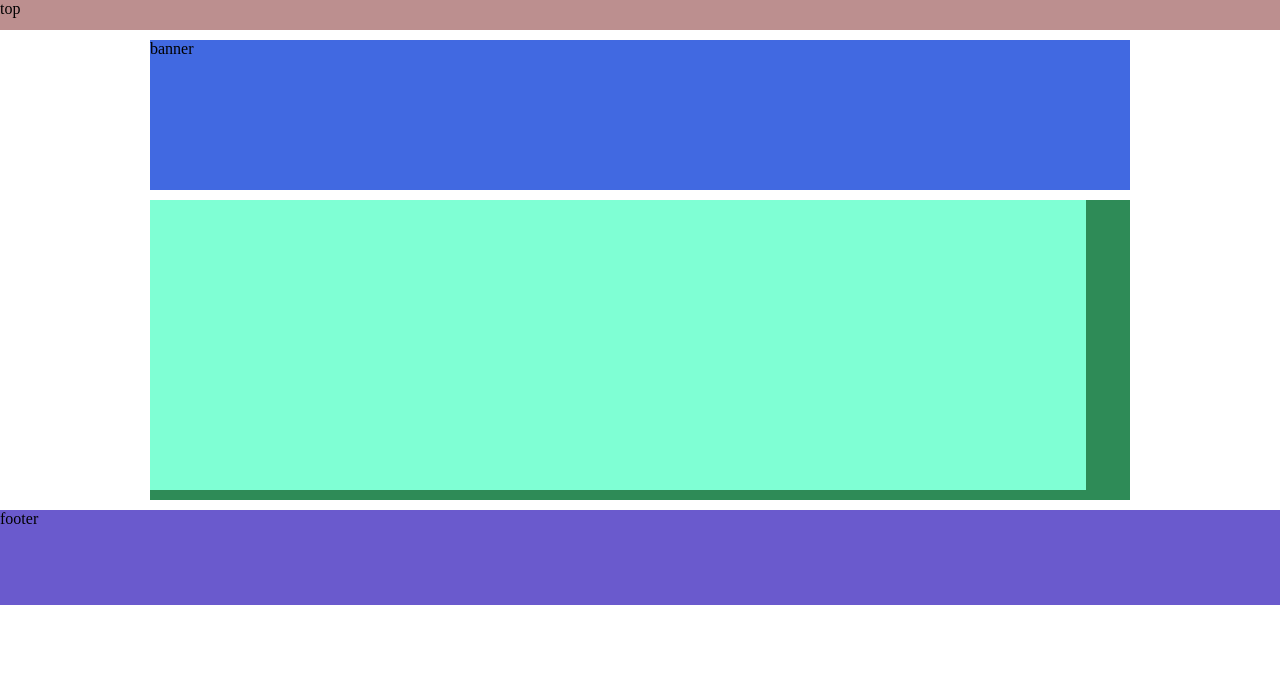
Repository: TheBestBadGuy0228/code
Page: 网页简单布局.案例.html
The author's editor kept a copy of each file at every save. The page is drawn from the files as they stood at one save, then again after the next save.
The browser window is 1280 px wide. The pictures show the whole page.

Above is the page before, as saved 2021-12-09 11:07:40.

After the next save:
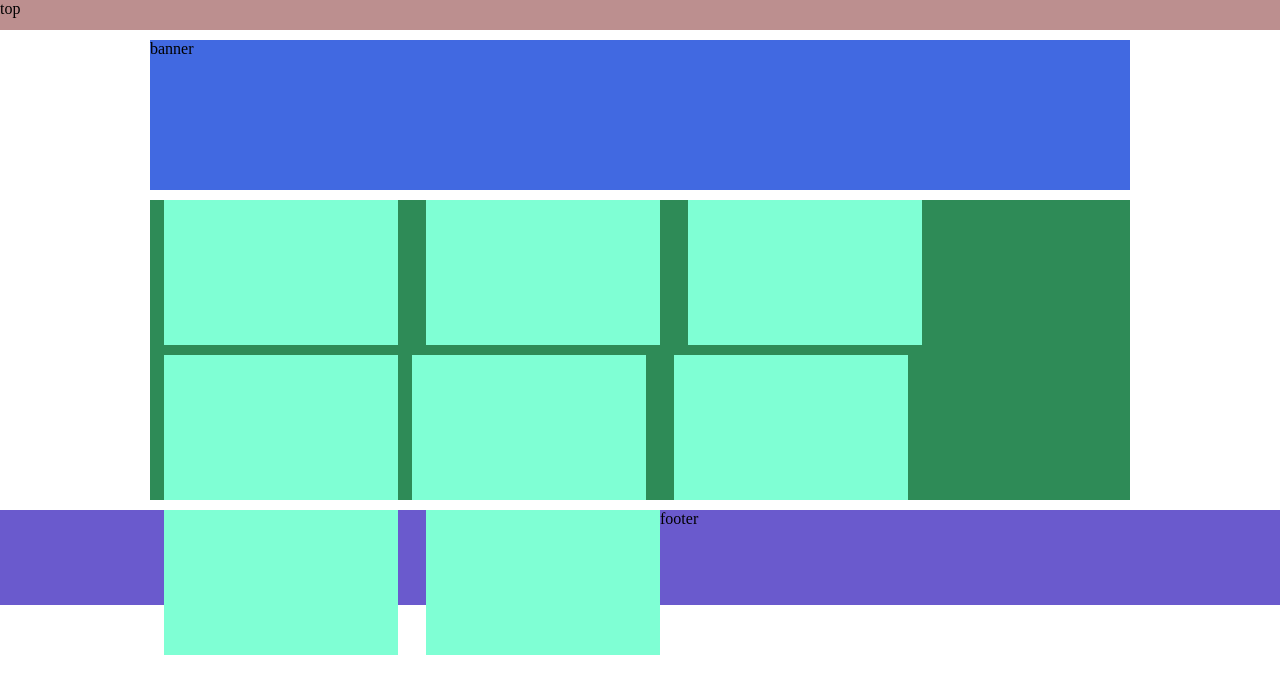
Saved 75 s later.
--- a/网页简单布局.案例.html
+++ b/网页简单布局.案例.html
@@ -54,7 +54,7 @@
             height: 145px;
             background-color: aquamarine;
             float: left;
-            margin-right: 0px 14px 10px;
+            margin: 0px 14px 10px;
         }
 
         .topUl .last1 {
@@ -66,7 +66,7 @@
             height: 145px;
             background-color: aquamarine;
             float: left;
-            margin-right: 0px 14px 10px;
+            margin: 0px 14px 10px;
         }
 
         .footerUl .last2 {
